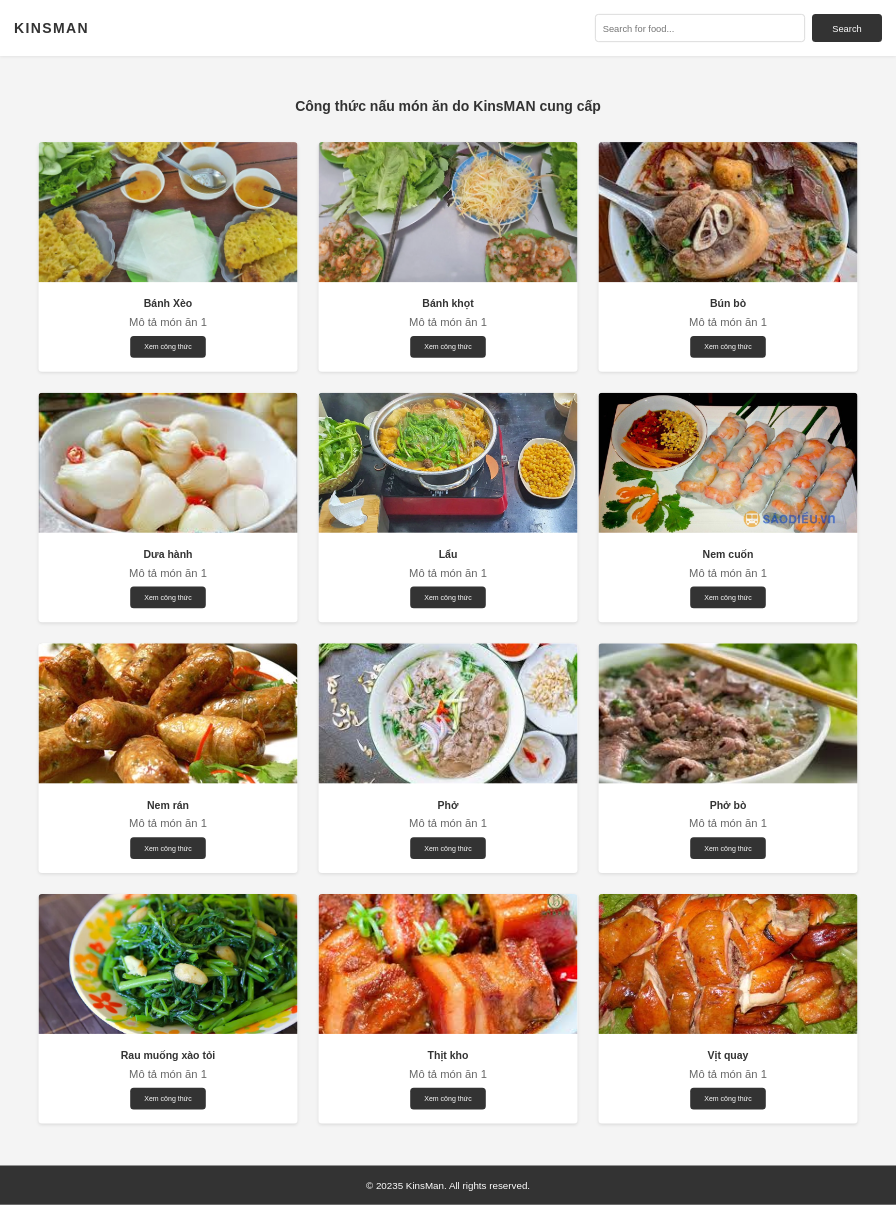
Repository: hoang28092000/how-food
Page: index.html
An editor plug-in stored every save of this project. The page is shown before and after the next save, followed by the edit.
The browser window is 1280 px wide. The pictures show the whole page, at 70% of full size.

Above is the page before, as saved 2025-04-15 00:19:59.

After the next save:
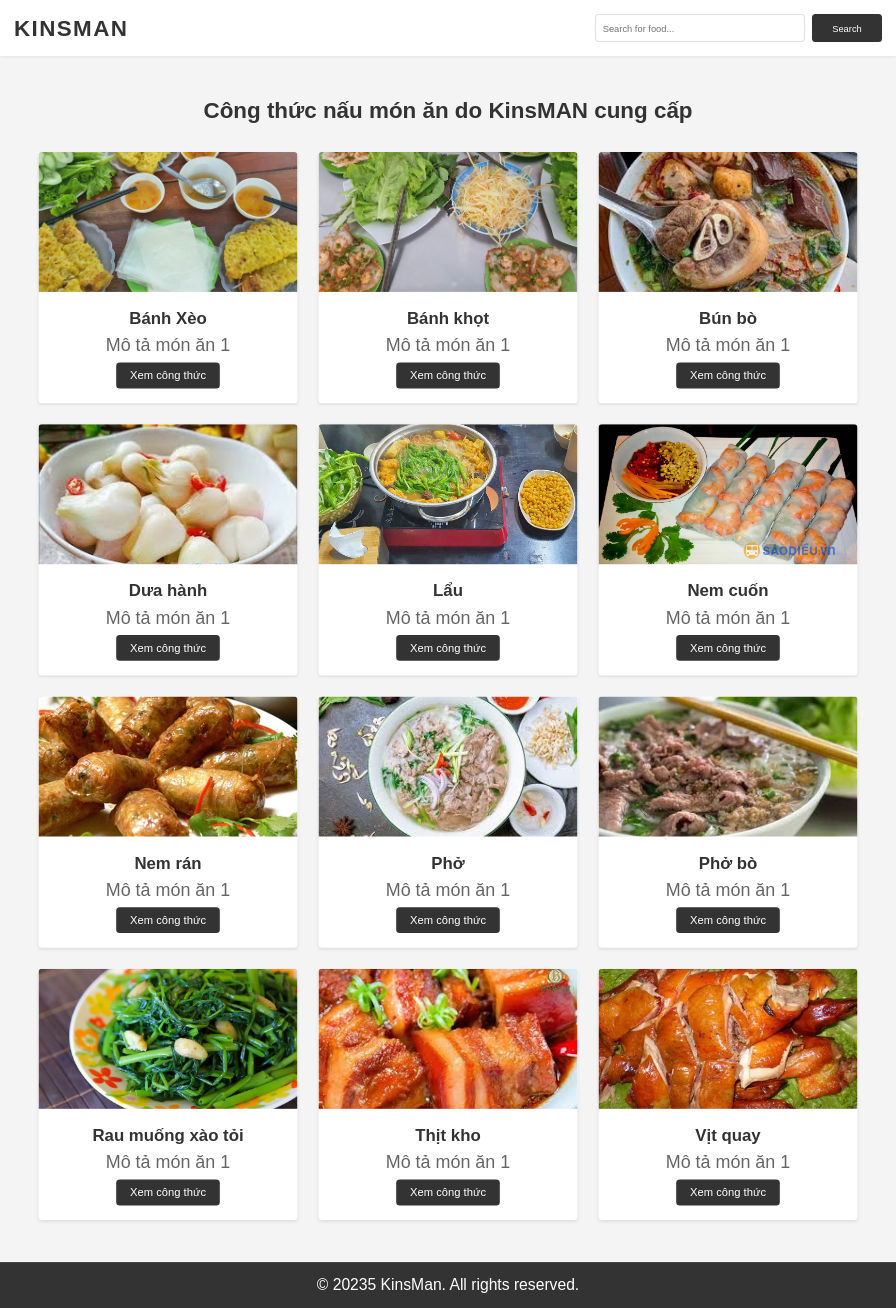
Saved 23 s later.
--- a/style.css
+++ b/style.css
@@ -3,6 +3,7 @@
     margin: 0;
     box-sizing: border-box;
 }
+.hi
 html{
     font-size: 62.5%;
     scroll-behavior: smooth;

After the save that followed:
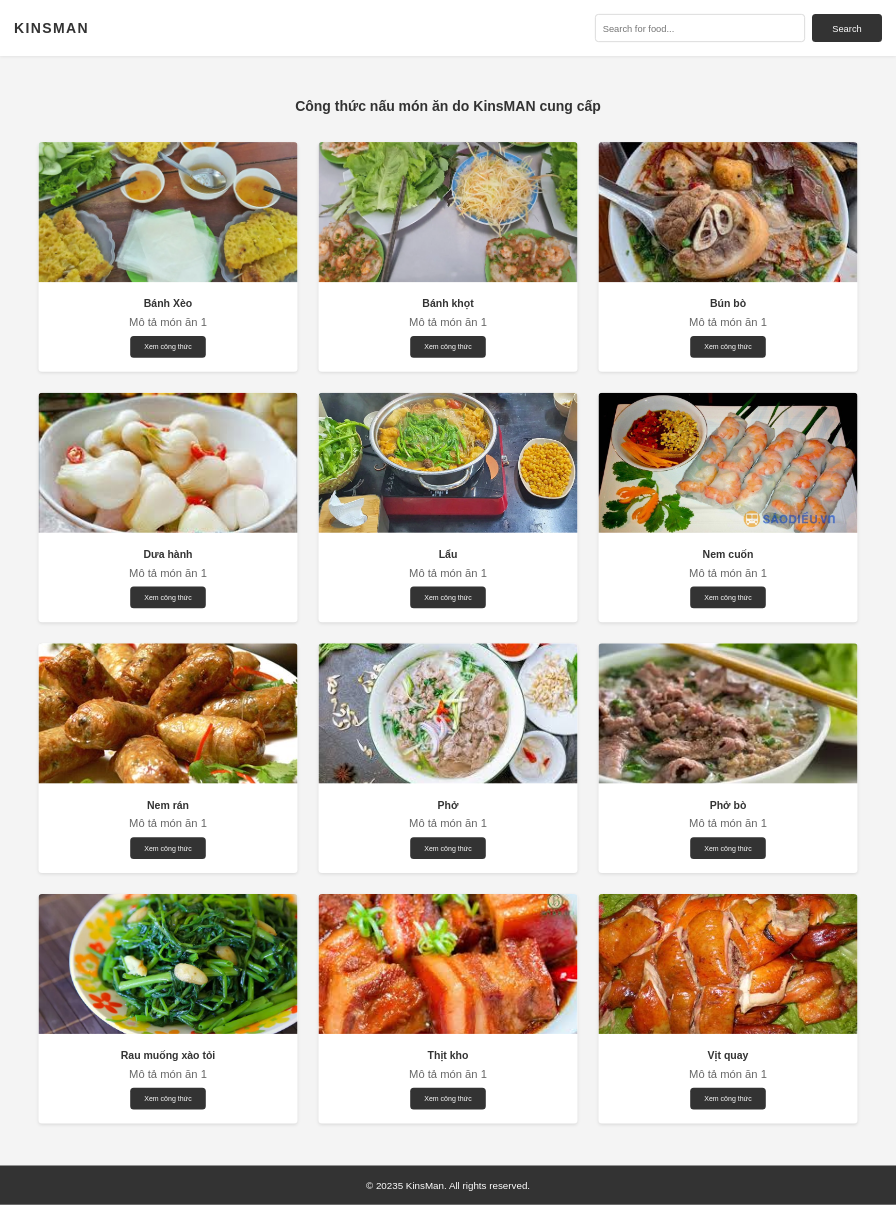
Saved 4 s later.
--- a/style.css
+++ b/style.css
@@ -3,7 +3,9 @@
     margin: 0;
     box-sizing: border-box;
 }
-.hi
+.hidden{
+    display: none;
+}
 html{
     font-size: 62.5%;
     scroll-behavior: smooth;
